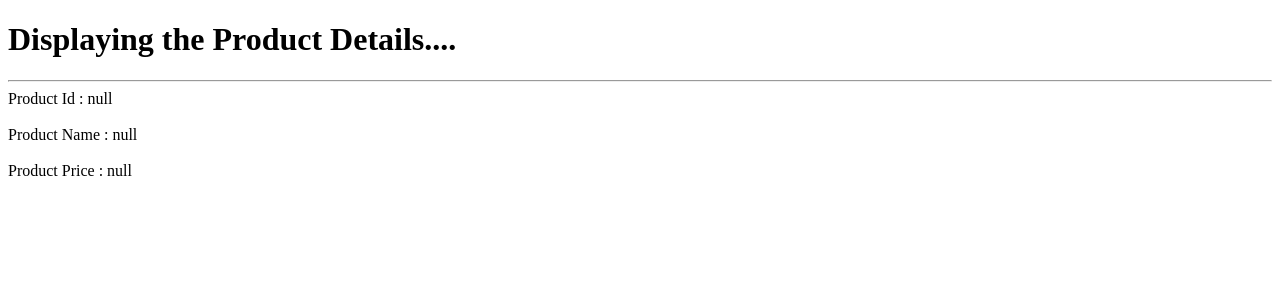
Repository: balinenibhanuprakash444/projects-All-Phases
Page: http://localhost/RetrievingtheProductDetails/dispaly.jsp
An editor plug-in stored every save of this project. The page is shown before and after the next save, followed by the edit.
The browser window is 1280 px wide. The pictures show the whole page.
The page is served by Tomcat 9.

Above is the page before, as saved 2022-03-22 13:33:46.

After the next save:
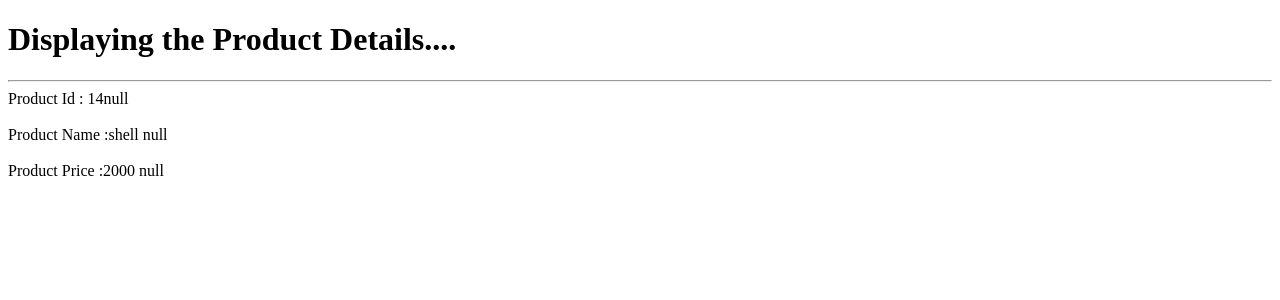
Saved 82 s later.
--- a/RetrievingtheProductDetails/src/main/webapp/dispaly.jsp
+++ b/RetrievingtheProductDetails/src/main/webapp/dispaly.jsp
@@ -9,11 +9,11 @@
 <body>
 <h1>Displaying the Product Details....</h1>
 <hr>
-<%= "Product Id : " + session.getAttribute("pid") %> <br> <br>
+<%= "Product Id : 14" + session.getAttribute("pid") %> <br> <br>
 
-<%= "Product Name : " + session.getAttribute("pname") %>  <br> <br>
+<%= "Product Name :shell " + session.getAttribute("pname") %>  <br> <br>
 
-<%= "Product Price : " + session.getAttribute("pprice") %>
+<%= "Product Price :2000 " + session.getAttribute("pprice") %>
 </hr>
 
 
